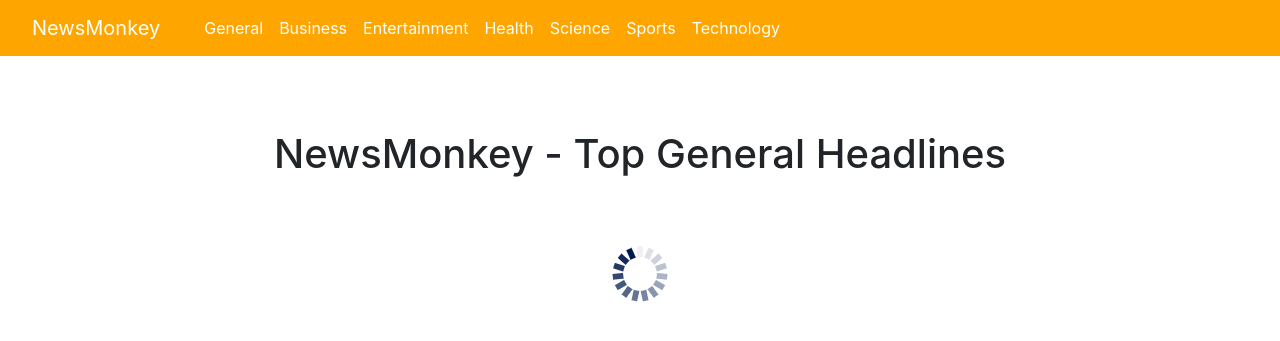
Repository: scelly01/NewsMonkey
Page: /
The author's editor kept a copy of each file at every save. The page is drawn from the files as they stood at one save, then again after the next save.
The browser window is 1280 px wide. The pictures show the whole page.
The page's requests for data from a server got no answer. The project was rebuilt for these pictures with package versions that can differ from the ones it lists, and the page was loaded fresh each time. A package was used in the major version that the imports need, not the one package.json lists. No one was signed in, and anything a server would have sent is missing. Also part of the build but not shown: src/App.css, src/components/NewsItem.js.

Above is the page before, as saved 2022-04-30 18:20:53.

### src/index.css
body {
  margin: 0;
  font-family: -apple-system, BlinkMacSystemFont, 'Segoe UI', 'Roboto', 'Oxygen',
    'Ubuntu', 'Cantarell', 'Fira Sans', 'Droid Sans', 'Helvetica Neue',
    sans-serif;
  -webkit-font-smoothing: antialiased;
  -moz-osx-font-smoothing: grayscale;
}
.yellow{
  background-color: #FFA500;
}
code {
  font-family: source-code-pro, Menlo, Monaco, Consolas, 'Courier New',
    monospace;
}

### src/components/NavBar.js
import React, { Component } from 'react'
import {
  Link
} from "react-router-dom";

const NavBar = ()=> {

    return (
      <div>
          <nav className="navbar navbar-expand-lg navbar-dark  fixed-top yellow">
  <div className="container-fluid">
    <Link className="navbar-brand" to="/" style={{padding:'0 20px'}}>NewsMonkey</Link>
    <button className="navbar-toggler" type="button" data-bs-toggle="collapse" data-bs-target="#navbarSupportedContent" aria-controls="navbarSupportedContent" aria-expanded="false" aria-label="Toggle navigation">
      <span className="navbar-toggler-icon"></span>
    </button>
    <div className="collapse navbar-collapse" id="navbarSupportedContent">
      <ul className="navbar-nav me-auto mb-2 mb-lg-0">

        <li className="nav-item"><Link className="nav-link active" to="/general">General</Link></li>
        <li className="nav-item"><Link className="nav-link active" to="/business">Business</Link></li>
        <li className="nav-item"><Link className="nav-link active" to="/entertainment">Entertainment</Link></li>
        <li className="nav-item"><Link className="nav-link active" to="/health">Health</Link></li>
        <li className="nav-item"><Link className="nav-link active" to="/science">Science</Link></li>
        <li className="nav-item"><Link className="nav-link active" to="/sports">Sports</Link></li>
        <li className="nav-item"><Link className="nav-link active" to="/technology">Technology</Link></li>
      </ul>
    </div>
  </div>
</nav>
      </div>
    )
}

export default NavBar

### src/components/News.js
import React, {Component} from 'react'
import NewsItem from './NewsItem'
import Spinner from './Spinner'
import PropTypes from 'prop-types'

export class News extends Component {

    static defaultProps = {
        country: 'in',
        pageSize: 12,
        category: 'general'
    }
    static propTypes = {
        country: PropTypes.string,
        pageSize: PropTypes.number,
        category: PropTypes.string
    }

    capitalizeFirstLetter = (string)=> {
        return string.charAt(0).toUpperCase() + string.slice(1);
    }

    constructor(props) {
        super(props);
        this.state = {
            articles: [],
            loading: false,
            page: 1
        }
        document.title = `${this.capitalizeFirstLetter(this.props.category)} - NewsMonkey`;
    }

    async updateNews(){
        const url=`https://newsapi.org/v2/top-headlines?country=${this.props.country}&category=${this.props.category}&apiKey=7fff832a0e2c4198ac80f1b4593fd02f&page=${this.state.page}&pageSize=${this.props.pageSize}`;
        this.setState({loading: true});
        let data = await fetch(url);
        let parsedData = await data.json();
        console.log(parsedData);
        this.setState({articles: parsedData.articles,
            totalResults: parsedData.totalResults,
            loading: false
        })
    }

    async componentDidMount(){
        this.updateNews();
    }

    handlePrevClick = async ()=>{
         this.setState({page: this.state.page-1}, ()=>{this.updateNews()});
    }

    handleNextClick = async ()=>{
         this.setState({page: this.state.page+1}, ()=>{this.updateNews()});
    }


    render() {

        return (
            <div className="container my-3">
                <h1 className="text-center" style={{padding:'40px', marginTop:'90px'}}>NewsMonkey - Top {this.capitalizeFirstLetter(this.props.category)} Headlines</h1>
                {this.state.loading && <Spinner />}
                 <div className="row">
                    {!this.state.loading && this.state.articles.map(
                        (element) => {
                            return <div className="col-md-4" key={element.url}>
                                <NewsItem
                                    title={element.title}
                                    description={element.description}
                                    imgUrl={element.urlToImage}
                                    newsUrl={element.url}
                                    date={element.publishedAt}
                                    />
                            </div>}
                            )
                    }
                 </div>
                 {!this.state.loading && <div className="container d-flex justify-content-between" style={{padding:'30px 5px'}}>
                     <button disabled={this.state.page <=1}type="button" className="btn yellow" onClick={this.handlePrevClick}>&larr; Previous </button>
                     <button disabled={this.state.page+1 > Math.ceil(this.state.totalResults/this.props.pageSize)} type="button" className="btn yellow" onClick={this.handleNextClick}> Next &rarr;</button>
                 </div>}

            </div>
                );
    }
}

export default News

### src/components/Spinner.js

import React, { Component } from 'react';
import spinner from './Spinner-0.7s-96px.gif';

const Spinner = ()=> {
    return (
      <div className="text-center"><img src={spinner} />
      </div>
    )
}

export default Spinner

Loaded but not shown: public/index.html (common file); src/index.js (common file); src/App.js (common file); src/reportWebVitals.js (common file)

After the next save:
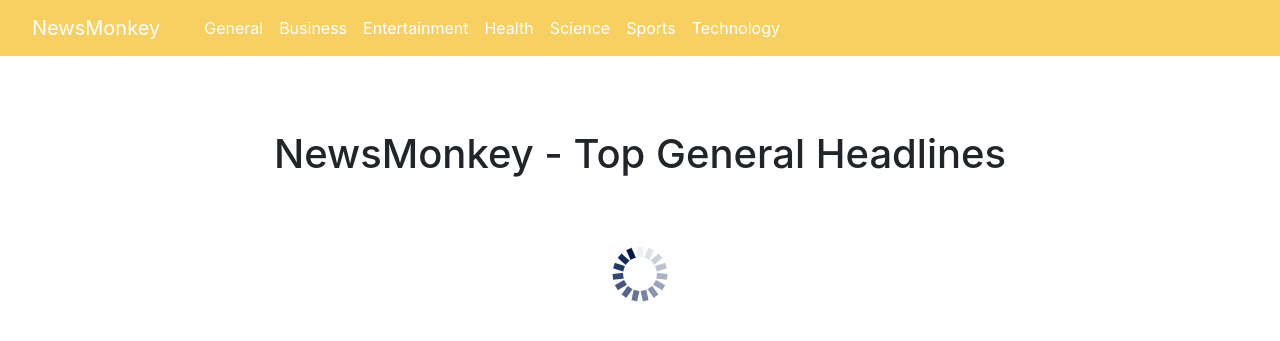
Saved 41 s later.
--- a/src/index.css
+++ b/src/index.css
@@ -7,7 +7,7 @@
   -moz-osx-font-smoothing: grayscale;
 }
 .yellow{
-  background-color: #FFA500;
+  background-color: #f8d061;
 }
 code {
   font-family: source-code-pro, Menlo, Monaco, Consolas, 'Courier New',
